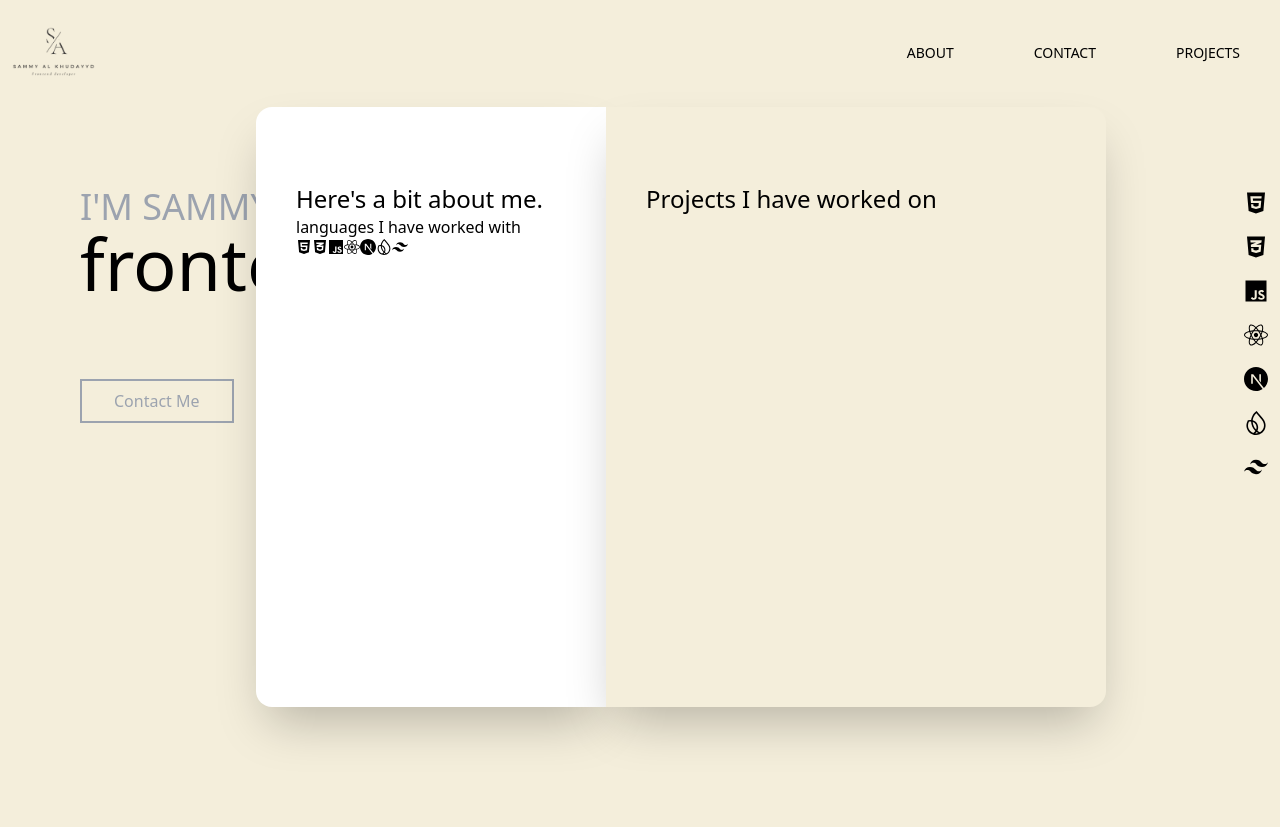
Repository: Al123Kudayyd/myportfolio
Page: /
An editor plug-in stored every save of this project. The page is shown before and after a run of saves, followed by the edit.
The browser window is 1280 px wide. The pictures show the whole page.
The project was rebuilt for these pictures with package versions that can differ from the ones it lists, and the page was loaded fresh each time. Also part of the build but not shown: src/components/model.js.

Above is the page before, as saved 2024-02-21 13:58:24.

After the next 3 saves:
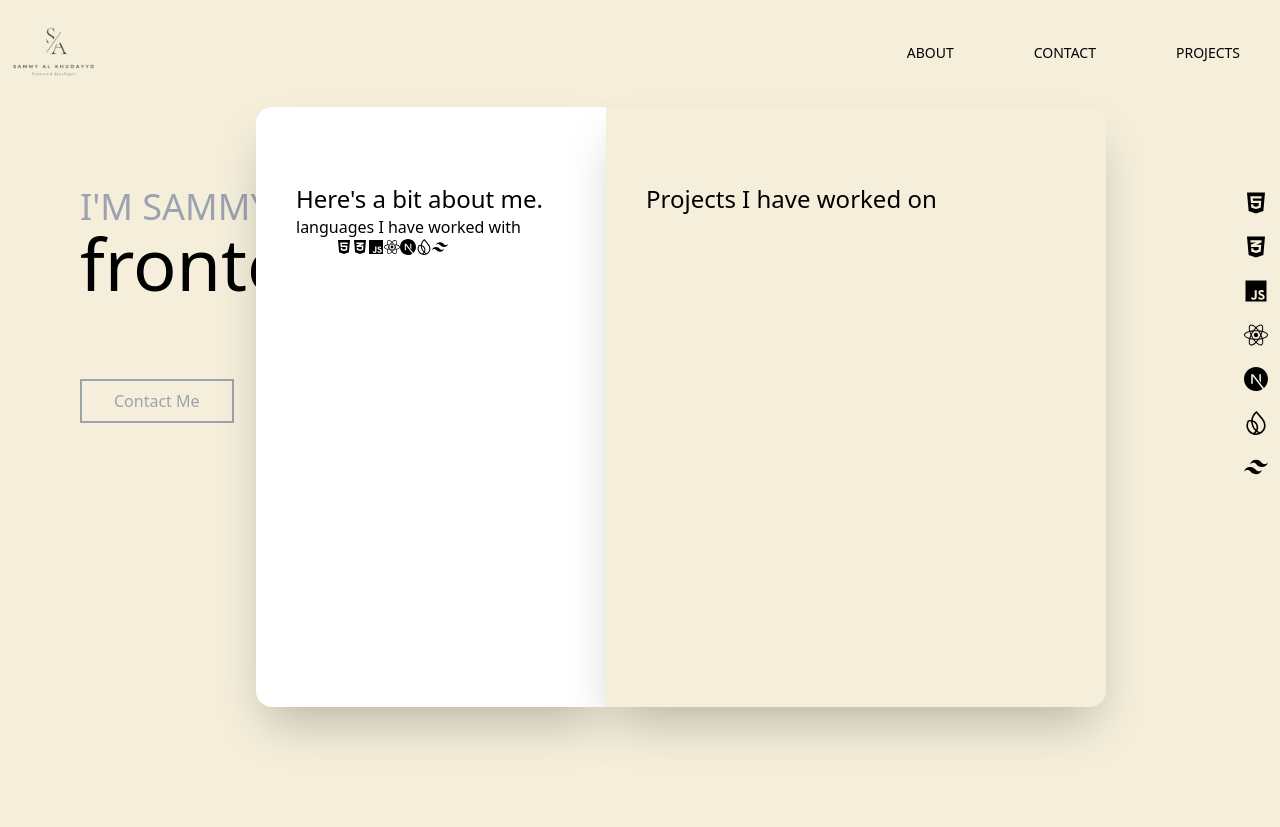
The 3 saves are shown as one change because they came seconds apart.
The last was saved 11 s later.
--- a/src/components/Projects.jsx
+++ b/src/components/Projects.jsx
@@ -14,7 +14,7 @@ function Projects() {
                 <div className='px-[40px] py-[76px]'>
                     <h1 className='text-2xl'>Here's a bit about me.</h1>
                     <h3 className='text-md '>languages I have worked with</h3>
-                    <div className='flex flex-wrap'>
+                    <div className='flex flex-wrap mx-10'>
                         <FaHtml5 />
                         <FaCss3Alt />
                         <IoLogoJavascript />
